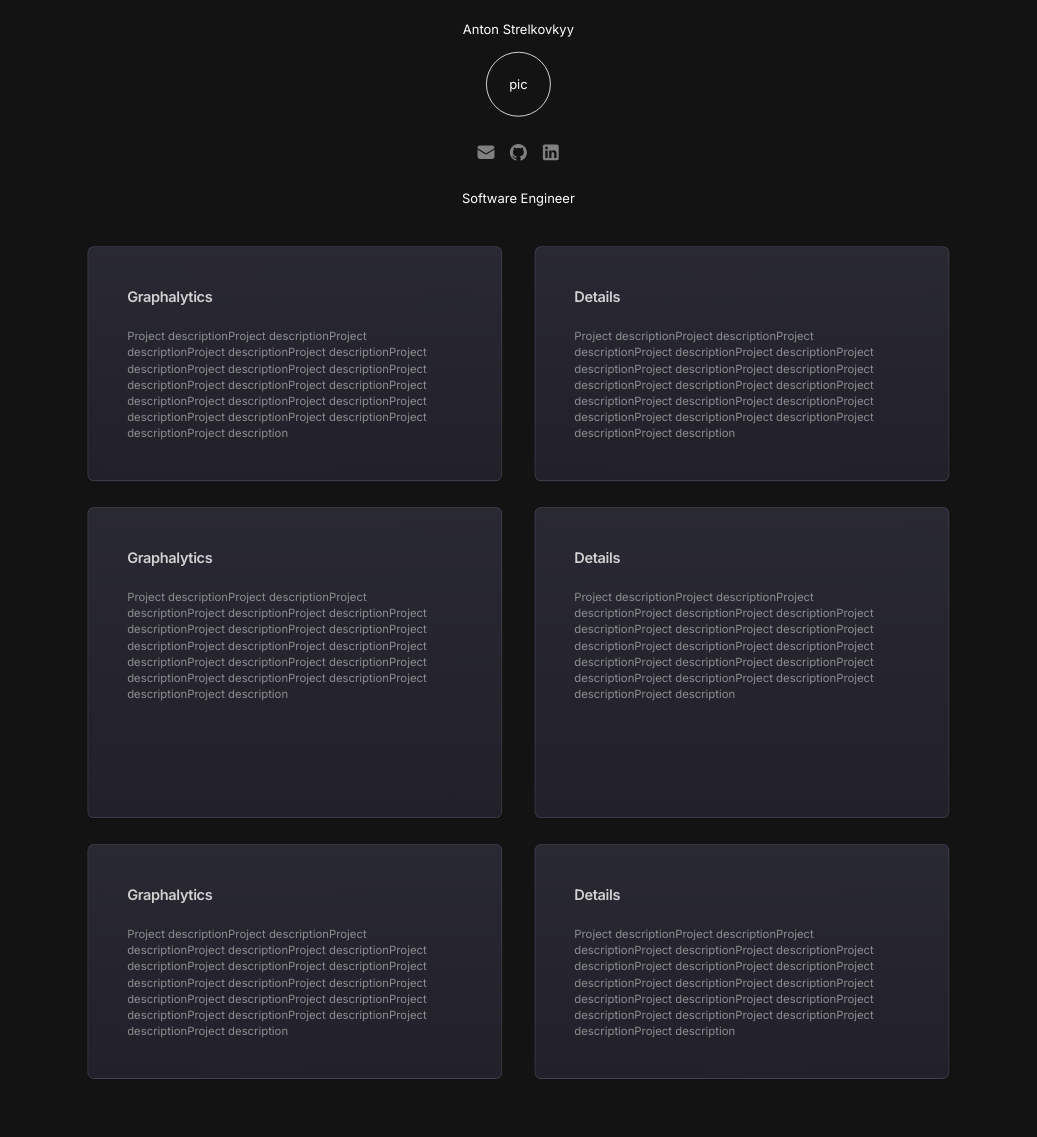
Repository: Fortivera/Anton
Page: /
An editor plug-in stored every save of this project. The page is shown before and after the next save, followed by the edit.
The browser window is 1280 px wide. The pictures show the whole page, at 81% of full size.
The project was rebuilt for these pictures with package versions that can differ from the ones it lists, and the page was loaded fresh each time. The framework's server and built-in components were replaced by stand-ins that run in the browser. Also part of the build but not shown: next.config.mjs.

Above is the page before, as saved 2024-05-02 00:03:03.

After the next save:
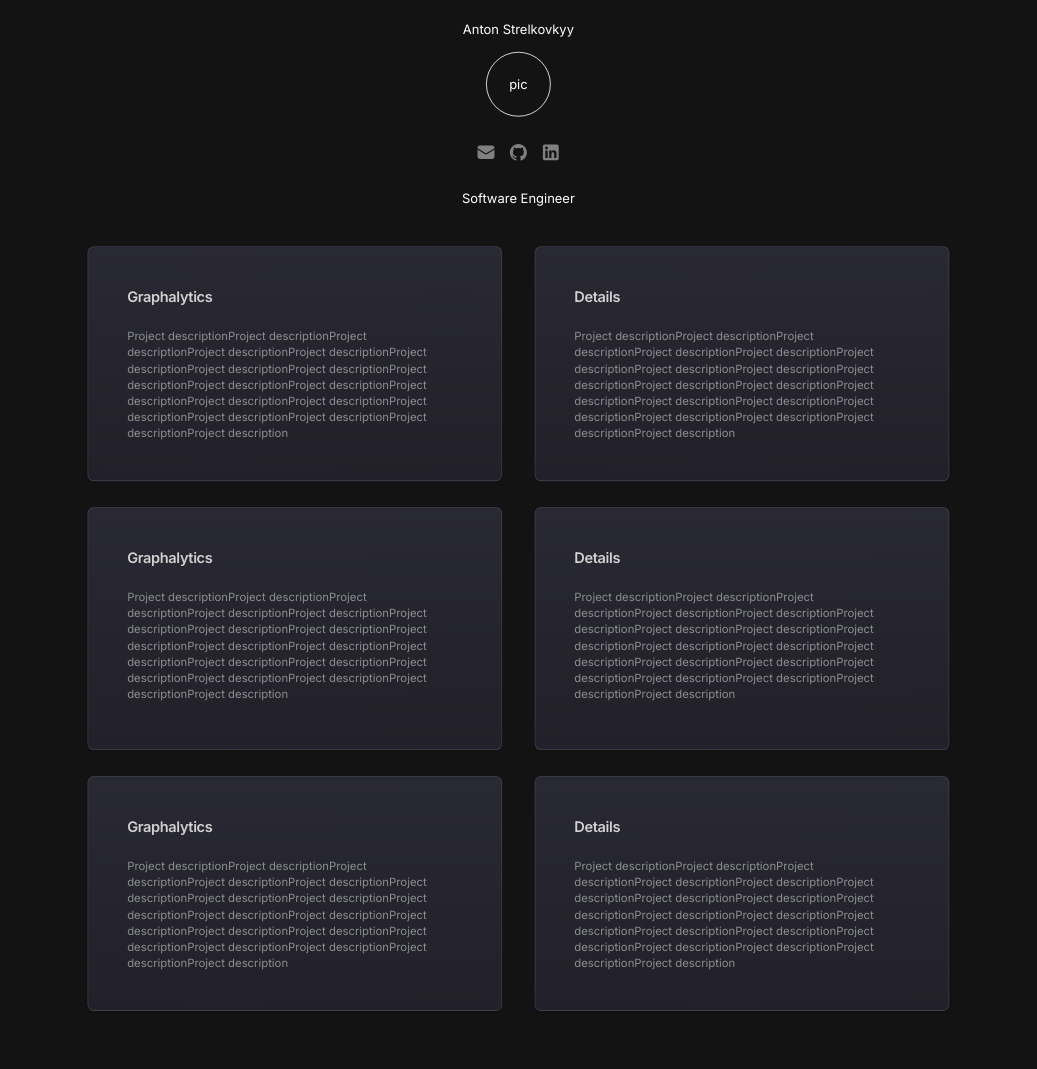
Saved 17 s later.
--- a/app/page.tsx
+++ b/app/page.tsx
@@ -49,7 +49,7 @@
 
           </div>
           <div className="flex flex-col sm:flex-row space-x-10">
-            <Card className="max-w-lg min-h-96 relative p-6 border rounded-lg bg-opacity-10 bg-[#9d94e9] border-[#60647872] bg-gradient-to-b from-[#35374366] to-[#24212b65]">
+            <Card className="max-w-lg min-h-[300px] relative p-6 border rounded-lg bg-opacity-10 bg-[#9d94e9] border-[#60647872] bg-gradient-to-b from-[#35374366] to-[#24212b65]">
               <CardHeader>
                 <CardTitle className="text-lg font-semibold text-[#D1D1D2]">Graphalytics</CardTitle>
               </CardHeader>

After the 2 saves that followed:
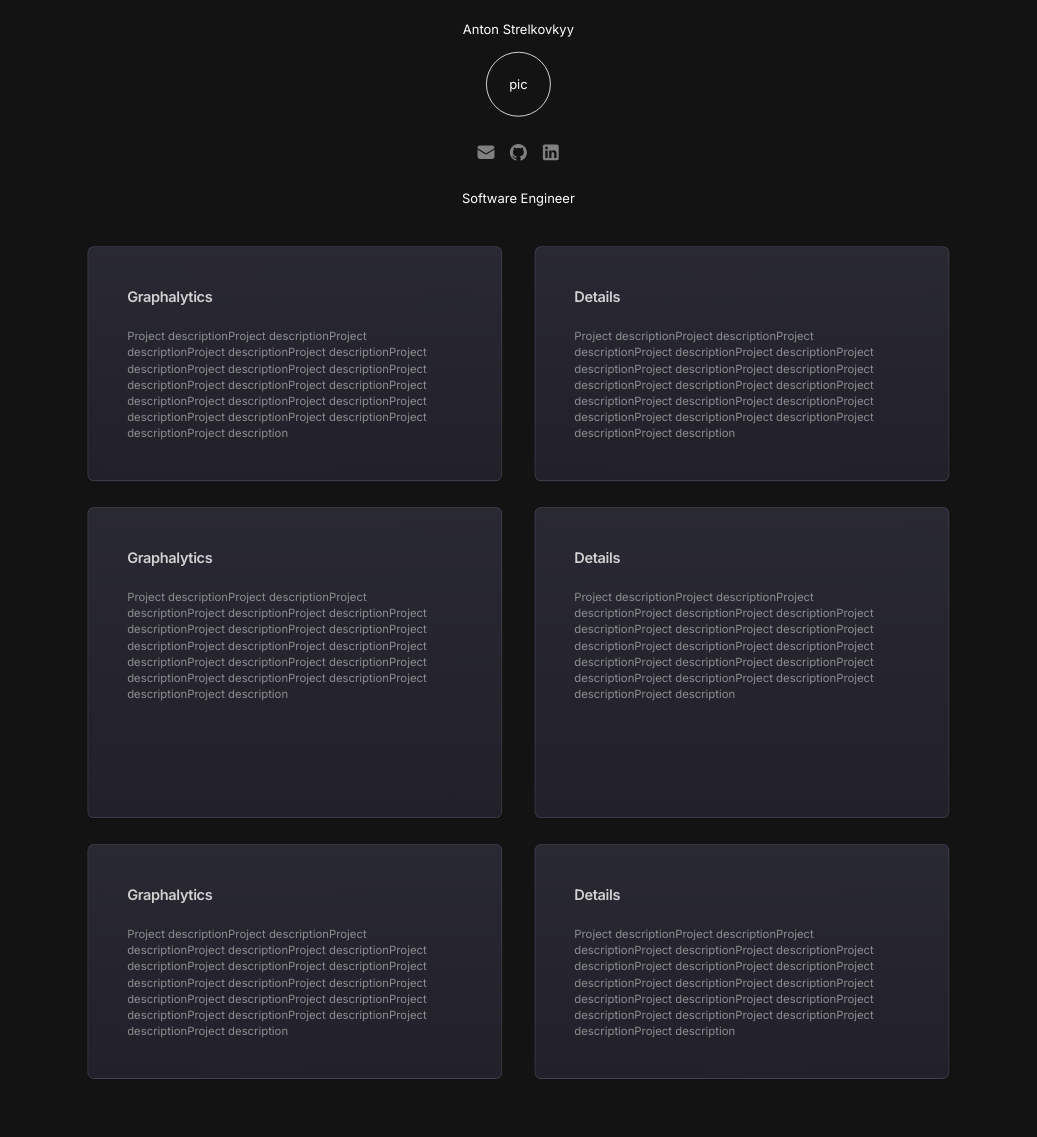
The 2 saves are shown as one change because 1 left the picture as it was.
The last was saved 23 s later.
--- a/app/page.tsx
+++ b/app/page.tsx
@@ -49,7 +49,7 @@
 
           </div>
           <div className="flex flex-col sm:flex-row space-x-10">
-            <Card className="max-w-lg min-h-[300px] relative p-6 border rounded-lg bg-opacity-10 bg-[#9d94e9] border-[#60647872] bg-gradient-to-b from-[#35374366] to-[#24212b65]">
+            <Card className="max-w-lg h-96 relative p-6 border rounded-lg bg-opacity-10 bg-[#9d94e9] border-[#60647872] bg-gradient-to-b from-[#35374366] to-[#24212b65]">
               <CardHeader>
                 <CardTitle className="text-lg font-semibold text-[#D1D1D2]">Graphalytics</CardTitle>
               </CardHeader>
